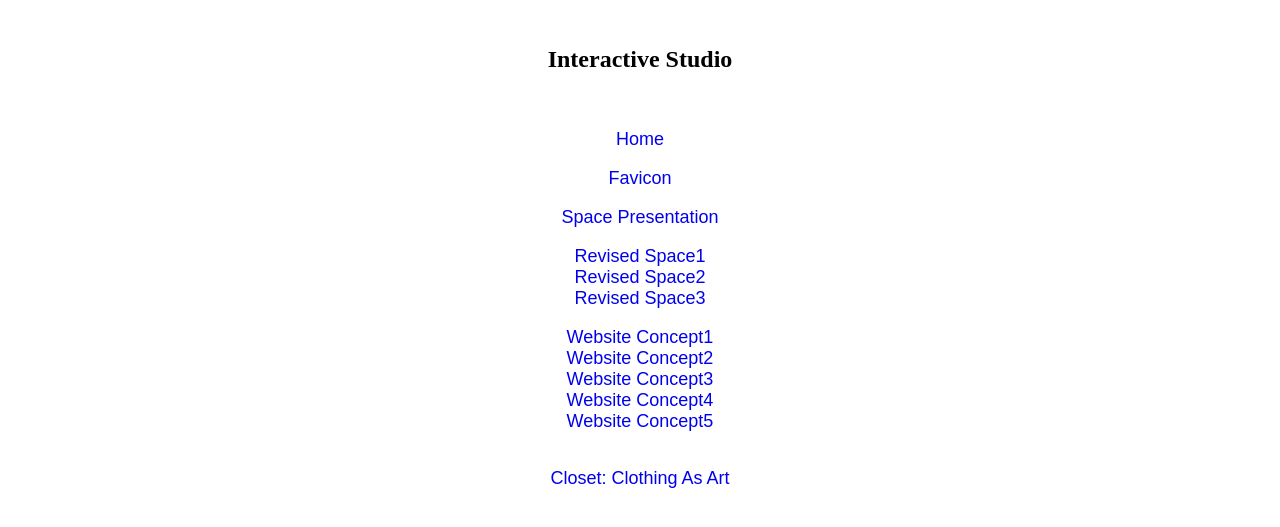
Repository: parkh899/parkh899.github.io
Page: studio/index.html
The author's editor kept a record of every edit. The page is drawn from the files as they stood at one moment, then again after the next edit.
The browser window is 1280 px wide. The pictures show the whole page.

Above is the page before.

After the next edit:
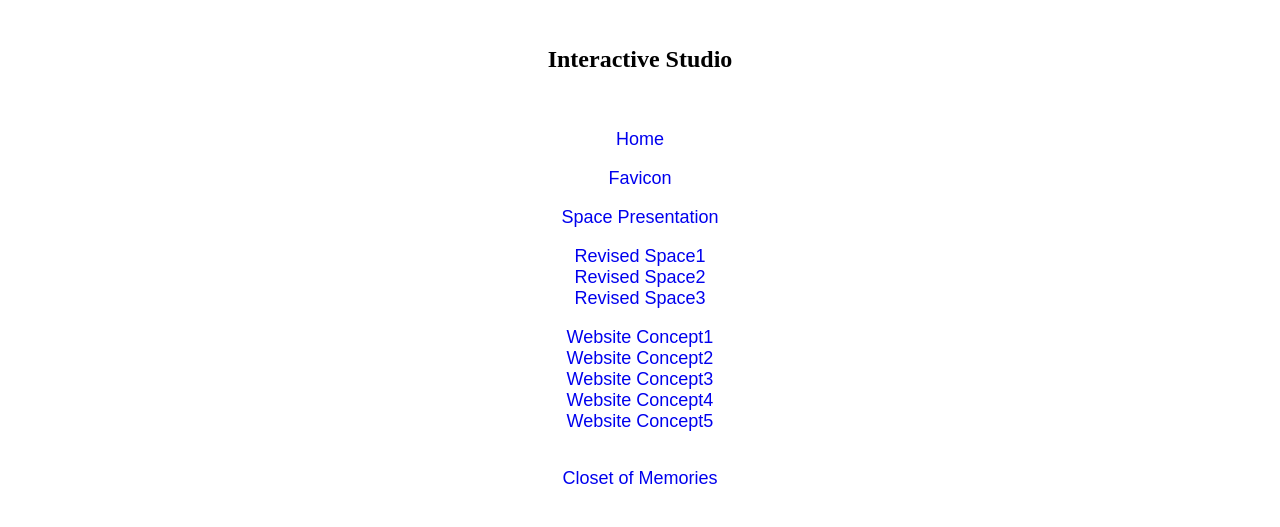
The edit:
--- a/studio/index.html
+++ b/studio/index.html
@@ -38,7 +38,7 @@
             <a href= "concept3.pdf">Website Concept3</a><br/>
             <a href= "concept4.pdf">Website Concept4</a><br/>
             <a href= "concept5.pdf">Website Concept5</a><br/><br/><br/>
-            <a href= "space/index.html">Closet: Clothing As Art</a>
+            <a href= "space/caart.html">Closet of Memories</a>
         </center>
     </body>
 </html>
